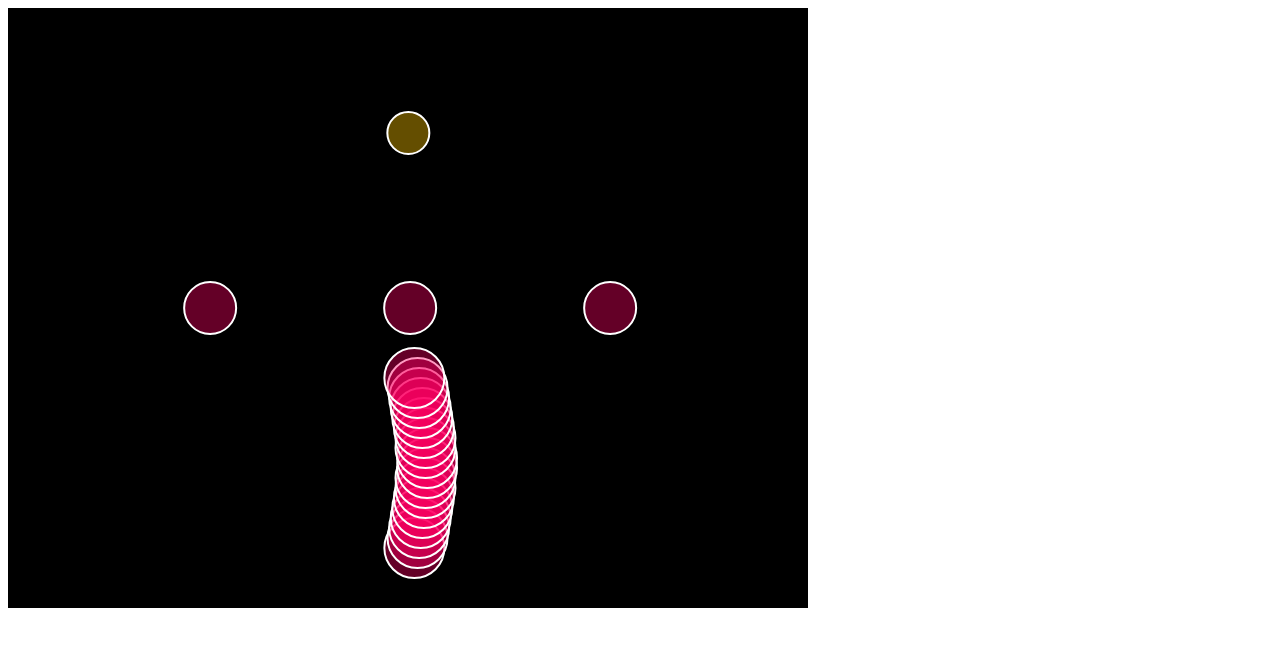
Repository: m0llyc00k/dvia-2
Page: 01_time/visualize_time/clockindex2.html
The author's editor kept a record of every edit. The page is drawn from the files as they stood at one moment, then again after the next edit.
The browser window is 1280 px wide. The pictures show the whole page.

Above is the page before.
Console error: ReferenceError: expos is not defined

After the next edit:
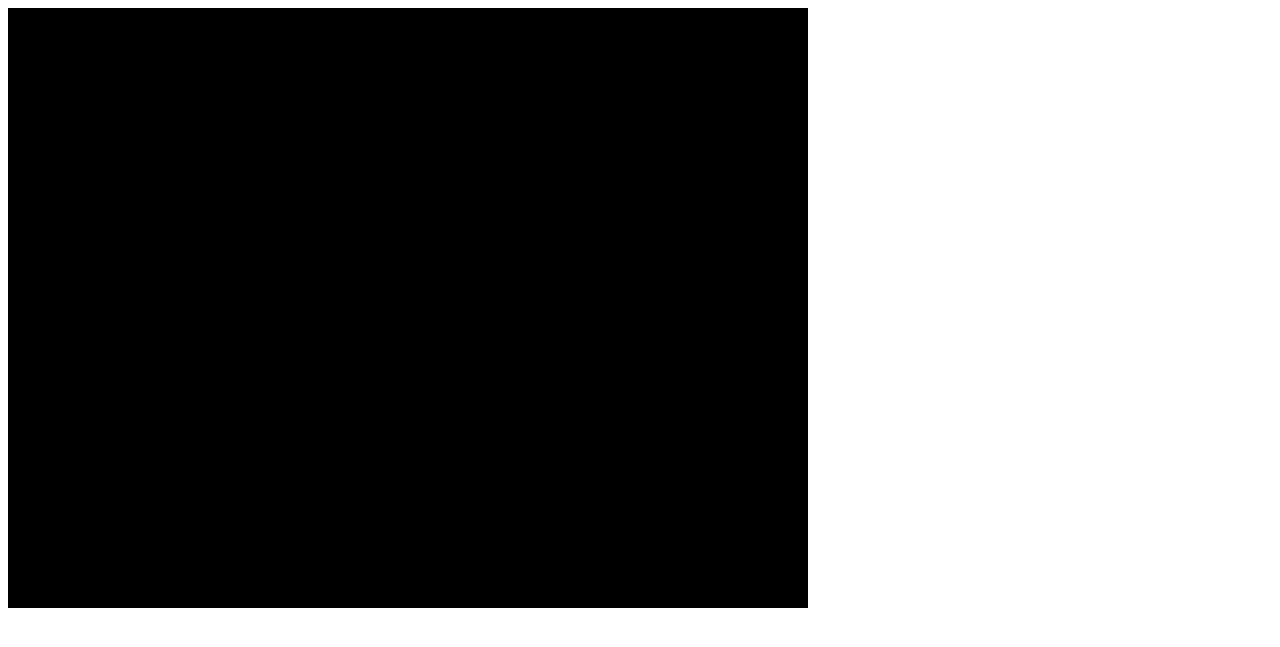
The edit:
--- a/01_time/visualize_time/clock2.js
+++ b/01_time/visualize_time/clock2.js
@@ -18,26 +18,31 @@
 }
 
  function firstWorm () {
-  ellipse(400 + sin(xpos) * second()*2, 540, 60, 60);
-  ellipse(400 + sin(xpos) * second()*3, 530, 60, 60);
-  ellipse(400 + sin(xpos) * second()*3.5, 520, 60, 60);
-  ellipse(400 + sin(xpos) * second()*4, 510, 60, 60);
-  ellipse(400 + sin(xpos) * second()*4.5, 500, 60, 60);
-  ellipse(400 + sin(xpos) * second()*5, 490, 60, 60);
-  ellipse(400 + sin(xpos) * second()*5.5, 480, 60, 60);
-  ellipse(400 + sin(xpos) * second()*5.5, 470, 60, 60);
-  ellipse(400 + sin(xpos) * second()*6, 460, 60, 60);
-  ellipse(400 + sin(xpos) * second()*6, 450, 60, 60);
-  ellipse(400 + sin(xpos) * second()*5.5, 440, 60, 60);
-  ellipse(400 + sin(xpos) * second()*5.5, 430, 60, 60);
-  ellipse(400 + sin(xpos) * second()*5, 420, 60, 60);
-  ellipse(400 + sin(xpos) * second()*4.5, 410, 60, 60);
-  ellipse(400 + sin(xpos) * second()*4, 400, 60, 60);
-  ellipse(400 + sin(xpos) * second()*3.5, 390, 60, 60);
-  ellipse(400 + sin(xpos) * second()*3, 380, 60, 60);
-  ellipse(400 + sin(xpos) * second()*2, 370, 60, 60);
-  fill(255, 0, 100,100);
-  xpos += 0.01;
+  // ellipse(400 + sin(xpos) * second()*2, 540, 60, 60);
+  // ellipse(400 + sin(xpos) * second()*3, 530, 60, 60);
+  // ellipse(400 + sin(xpos) * second()*3.5, 520, 60, 60);
+  // ellipse(400 + sin(xpos) * second()*4, 510, 60, 60);
+  // ellipse(400 + sin(xpos) * second()*4.5, 500, 60, 60);
+  // ellipse(400 + sin(xpos) * second()*5, 490, 60, 60);
+  // ellipse(400 + sin(xpos) * second()*5.5, 480, 60, 60);
+  // ellipse(400 + sin(xpos) * second()*5.5, 470, 60, 60);
+  // ellipse(400 + sin(xpos) * second()*6, 460, 60, 60);
+  // ellipse(400 + sin(xpos) * second()*6, 450, 60, 60);
+  // ellipse(400 + sin(xpos) * second()*5.5, 440, 60, 60);
+  // ellipse(400 + sin(xpos) * second()*5.5, 430, 60, 60);
+  // ellipse(400 + sin(xpos) * second()*5, 420, 60, 60);
+  // ellipse(400 + sin(xpos) * second()*4.5, 410, 60, 60);
+  // ellipse(400 + sin(xpos) * second()*4, 400, 60, 60);
+  // ellipse(400 + sin(xpos) * second()*3.5, 390, 60, 60);
+  // ellipse(400 + sin(xpos) * second()*3, 380, 60, 60);
+  // ellipse(400 + sin(xpos) * second()*2, 370, 60, 60);
+  // fill(255, 0, 100,100);
+  // xpos += 0.01;
+  for(let i = 0; i < expos; I++){
+	ellipse(400 + sin(i) * second() * 2, 540,60,60);
+	ellipse(400 + sin(i) * second() * 6, i + 10 ,60,60);
+}
+
  }
 
 for(let i = 0; i < expos; I++){

After the 3 edits that followed:
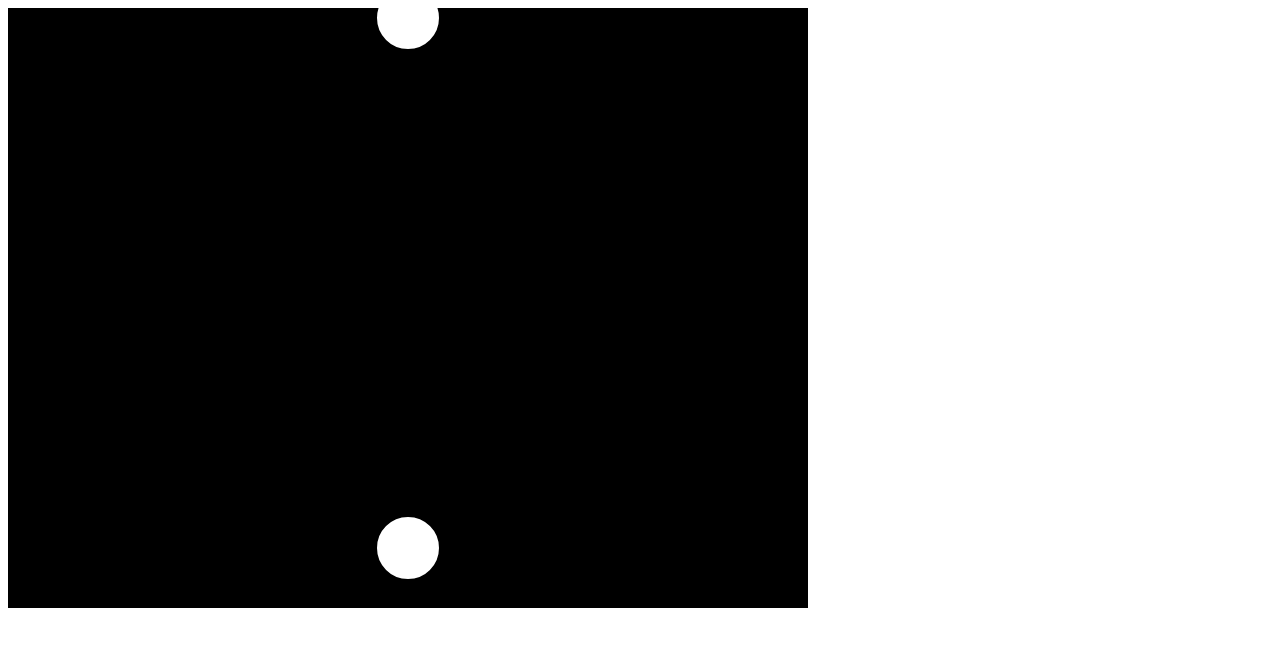
Console error: ReferenceError: I is not defined
The 3 edits are shown as one change because 2 left the picture as it was.
The edit:
--- a/01_time/visualize_time/clock2.js
+++ b/01_time/visualize_time/clock2.js
@@ -38,17 +38,13 @@
   // ellipse(400 + sin(xpos) * second()*2, 370, 60, 60);
   // fill(255, 0, 100,100);
   // xpos += 0.01;
-  for(let i = 0; i < expos; I++){
-	ellipse(400 + sin(i) * second() * 2, 540,60,60);
-	ellipse(400 + sin(i) * second() * 6, i + 10 ,60,60);
+  for(let i = 0; i < xpos; I++){
+	ellipse(400 + sin(i) * second() * 2, 540, 60, 60);
+	ellipse(400 + sin(i) * second() * 6, i + 10 , 60, 60);
+}
 }
 
- }
 
-for(let i = 0; i < expos; I++){
-	ellipse(400 + sin(i) * second() * 2, 540,60,60);
-	ellipse(400 + sin(i) * second() * 6, i + 10 ,60,60);
-}
 
 
 
